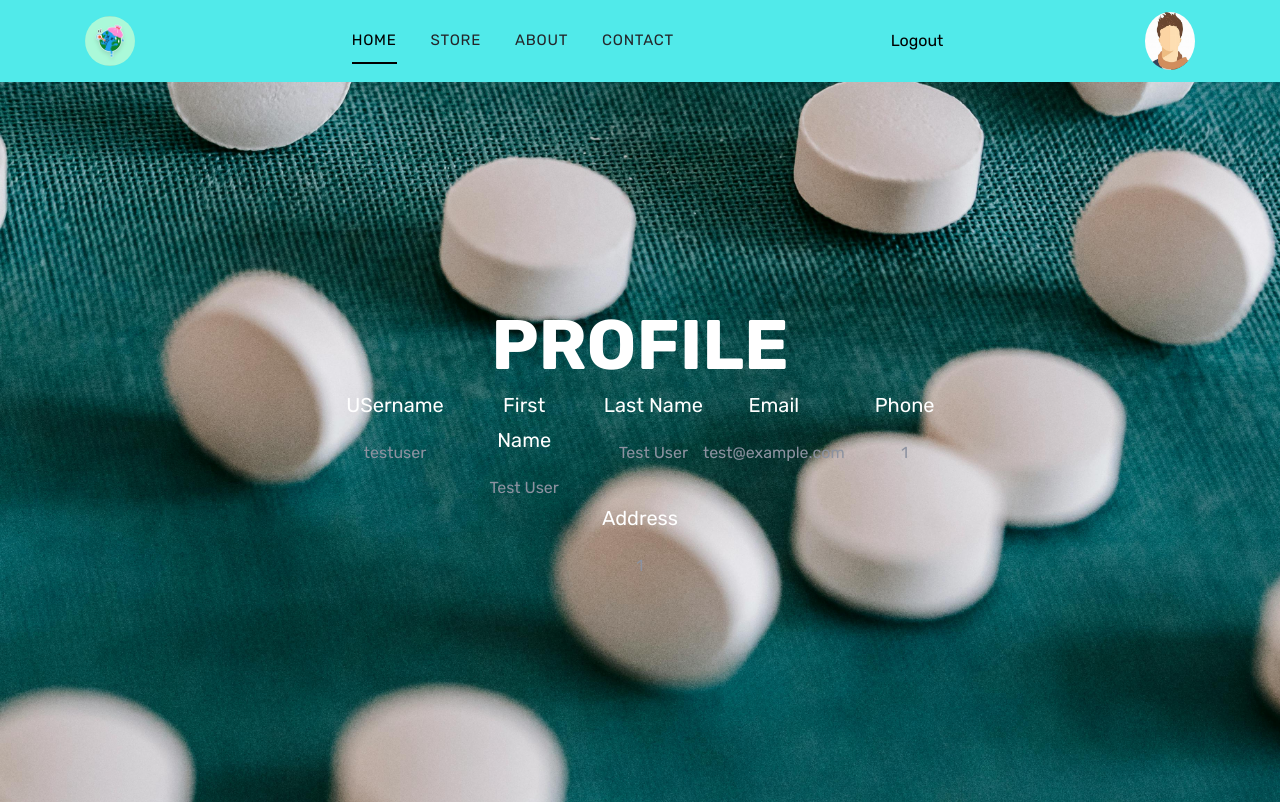
Repository: Argivist/Web-Doctor
Page: http://localhost/view/profile.php
These files come from the project's save history. The page is drawn as it stood at one moment and after the next save; the edit follows.
The browser window is 1280 px wide. The pictures show the whole page.
Some web fonts or font styles are not loaded; a fallback is used. The page is run by PHP 8.4 with error messages shown; the project is at /var/www/html/. The session is filled in as if someone had signed in: {"id": 1, "username": "testuser", "fname": "Test User", "lname": "Test User", "email": "test@example.com", "phone": 1, "address": 1}. Other server files are loaded and not shown.

Above is the page before, as saved 2024-02-20 18:52:01.

### view/profile.php
<?php
include "../settings/connection.php";
session_start();
// if (!isset($_SESSION['id'])) {
//     header("Location: ../login/login.php");
// }
?>
<!DOCTYPE html>
<html lang="en">

<head>
    <meta charset="UTF-8">
    <meta name="viewport" content="width=device-width, initial-scale=1.0">
    <title>Document</title>


    <link href="https://fonts.googleapis.com/css?family=Rubik:400,700|Crimson+Text:400,400i" rel="stylesheet">
    <link rel="stylesheet" href="fonts/icomoon/style.css">
    <link rel="stylesheet" href="../css/bootstrap.min.css">
    <link rel="stylesheet" href="../css/magnific-popup.css">
    <link rel="stylesheet" href="../css/jquery-ui.css">
    <link rel="stylesheet" href="../css/owl.carousel.min.css">
    <link rel="stylesheet" href="../css/owl.theme.default.min.css">
    <link rel="stylesheet" href="../css/style.css">
    <link rel="stylesheet" href="../css/aos.css">
</head>

<body>
    <div class="site-wrap">

        <!--Navigation Bar-->
        <div class="site-navbar bg-primary py-2">
            <div class="container">
                <div class="d-flex align-items-center justify-content-between">
                    <div class="logo">
                        <div class="site-logo">
                            <a href="home.php" class="js-logo-clone"><img src="../img/logo/logo.png" style="width:50px; border-radius:50px;" alt="logo" /></a>
                        </div>
                    </div>
                    <div class="main-nav d-lg-block">
                        <nav class="site-navigation text-right text-md-center" role="navigation">
                            <ul class="site-menu js-clone-nav d-lg-block">
                                <li class="active"><a href="home.php">Home</a></li>
                                <li><a href="shop.php">Store</a></li>
                                <li><a href="aboutus.html">About</a></li>
                                <li><a href="contact.html">Contact</a></li>
                            </ul>
                        </nav>
                    </div>
                    <?php
                    if (isset($_SESSION['id'])) {
                        echo "<div class='logout'><a href='../actions/logout.php'>Logout</a></div>";
                    } else {
                        echo "<div class='login'><a href='../login/login.php'>Sign in</a></div>";
                    } ?>
                    <div class="profile">
                        <a href="
                        <?php
                        if (isset($_SESSION['id'])) {
                            echo "profile.php";
                        } else {
                            echo "../login/login.php";
                        }
                        ?>
                        "><img src="
                        <?php
                        if (isset($_SESSION['id'])) {
                            echo "../img/profile.jpg";
                        } else {
                            echo "../img/default_profile.jpg";
                        }
                        ?>
                        " alt="Image" class="rounded-circle" style="width:50px; border-radius:50px;"></a>
                    </div>
                </div>
            </div>
        </div>

        <!--Main Content-->
        <!--Image By: Photo by Alex Green: https://www.pexels.com/photo/pile-of-white-spilled-pills-5699514/-->
        <div class="site-blocks-cover" style="background-image: url('../img/background/pharmacy_1.jpg');">
            <div class="container">
                <div class="row">
                    <div class="col-lg-7 mx-auto order-lg-2 align-self-center">
                        <div class="site-block-cover-content text-center">
                            <!--Profile page-->
                            <h1 class="mb-0">Profile</h1>
                            <div class="row justify-content-center">
                                <div class="row">
                                    <div class="col">
                                        <p>USername</p><?php
                                                        echo $_SESSION['username'];
                                                        ?>
                                    </div>
                                    <div class="col">
                                        <p>First Name</p><?php
                                                            echo $_SESSION['fname'];
                                                            ?>
                                    </div>
                                    <div class="col">
                                        <p>Last Name</p><?php
                                                        echo $_SESSION['lname'];
                                                        ?>
                                    </div>
                                </div>
                                <div class="row">
                                    <div class="col">
                                        <p>Email</p><?php
                                                    echo $_SESSION['email'];
                                                    ?>
                                    </div>
                                    <div class="col">
                                        <p>Phone</p><?php
                                                    echo $_SESSION['phone'];
                                                    ?>
                                    </div>
                                </div>
                                <div class="row">
                                    <div class="col">
                                        <p>Address</p><?php
                                                        echo $_SESSION['address'];
                                                        ?>
                                    </div>

                                </div>
                            </div>
                        </div>
                    </div>
                </div>
            </div>
</body>

</html>

### settings/connection.php
<?php
$server="localhost:3307";
$user="root";
$passwd="root";
$db="webdoc";

$conn=mysqli_connect($server,$user,$passwd,$db) or die("Connection failed :: ".$conn->error);
?>

Loaded but not shown: css/bootstrap.min.css (library); css/magnific-popup.css (library); css/jquery-ui.css (library); css/owl.carousel.min.css (common file); css/owl.theme.default.min.css (common file); css/aos.css (library); css/style.css (1125 lines, source omitted)

After the next save:
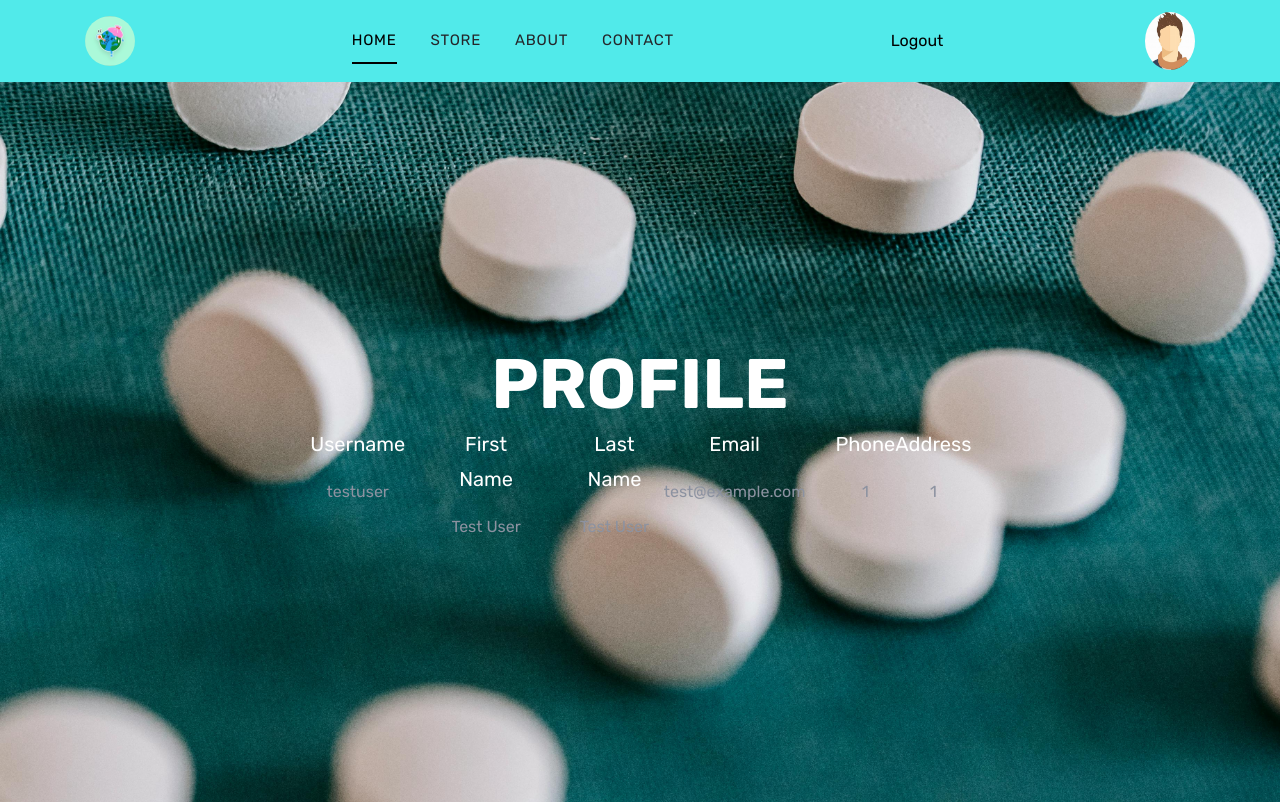
Saved 3 min 54 s later.
--- a/view/profile.php
+++ b/view/profile.php
@@ -88,7 +88,7 @@ session_start();
                             <div class="row justify-content-center">
                                 <div class="row">
                                     <div class="col">
-                                        <p>USername</p><?php
+                                        <p>Username</p><?php
                                                         echo $_SESSION['username'];
                                                         ?>
                                     </div>
